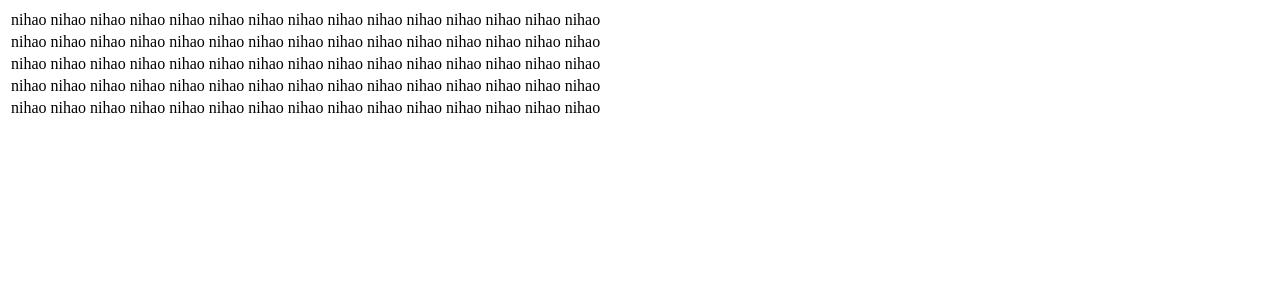
Repository: 728064001/MyProject
Page: http://localhost/CMS/test.jsp
An editor plug-in stored every save of this project. The page is shown before and after the next save, followed by the edit.
The browser window is 1280 px wide. The pictures show the whole page.
The page is served by Tomcat 9. Other server files are loaded and not shown.

Above is the page before, as saved 2013-08-05 03:34:45.

### cms-server-code/CMS/WebRoot/test.jsp
<%@ page language="java" import="java.util.*" pageEncoding="UTF-8"%>
<%
String path = request.getContextPath();
String basePath = request.getScheme()+"://"+request.getServerName()+":"+request.getServerPort()+path+"/";
%>

<!DOCTYPE HTML PUBLIC "-//W3C//DTD HTML 4.01 Transitional//EN">
<html>
  <head>
    <base href="<%=basePath%>">

    <title>jquery创建表格</title>

	<meta http-equiv="pragma" content="no-cache">
	<meta http-equiv="cache-control" content="no-cache">
	<meta http-equiv="expires" content="0">
	<meta http-equiv="keywords" content="keyword1,keyword2,keyword3">
	<meta http-equiv="description" content="This is my page">
	<!--
	<link rel="stylesheet" type="text/css" href="styles.css">
	-->
		<script type="text/javascript" src="js/jquery-1.10.1.js">	</script>
	</head>

	<body>
		<script type="text/javascript">
			$(function(){
	var dom_tbody = $('<tbody></tbody>');
    for (var j = 0; j < 5; j++) {
        var dom_tr = $('<tr></tr>');
        for (var i = 0; i < 15; i++) {
            var dom_td = $("<td>nihao</td>");
            dom_tr.append(dom_td);
        }
        dom_tbody.append(dom_tr);
    }
    var dom_table = $('<table></table>').append(dom_tbody);
    $("#t").append(dom_table);
			});
		</script>
		<div id="t" ></div>
	</body>
</html>

Loaded but not shown: cms-server-code/CMS/WebRoot/js/jquery-1.10.1.js (library)

After the next save:
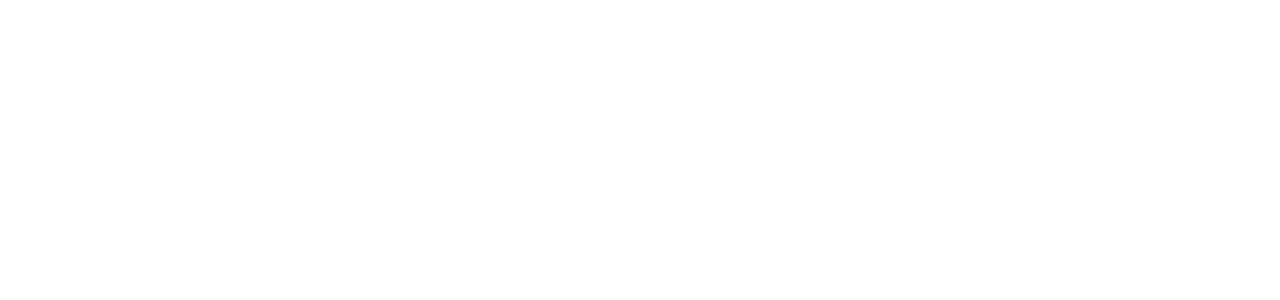
Console error: ReferenceError: dom_tbody is not defined
Saved 66 s later.
--- a/cms-server-code/CMS/WebRoot/test.jsp
+++ b/cms-server-code/CMS/WebRoot/test.jsp
@@ -25,7 +25,8 @@
 	<body>
 		<script type="text/javascript">
 			$(function(){
-	var dom_tbody = $('<tbody></tbody>');
+	//var dom_tbody = $('<tbody></tbody>');
+	var dom_table = $("<table></table>");
     for (var j = 0; j < 5; j++) {
         var dom_tr = $('<tr></tr>');
         for (var i = 0; i < 15; i++) {

After the save that followed:
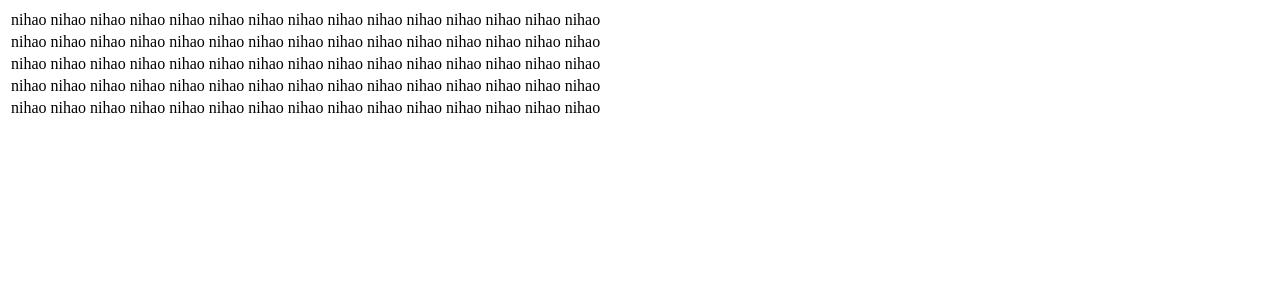
The error is gone.
Saved 20 s later.
--- a/cms-server-code/CMS/WebRoot/test.jsp
+++ b/cms-server-code/CMS/WebRoot/test.jsp
@@ -33,9 +33,9 @@
             var dom_td = $("<td>nihao</td>");
             dom_tr.append(dom_td);
         }
-        dom_tbody.append(dom_tr);
+        dom_table.append(dom_tr);
     }
-    var dom_table = $('<table></table>').append(dom_tbody);
+   // var dom_table = $('<table></table>').append(dom_tbody);
     $("#t").append(dom_table);
 			});
 		</script>
